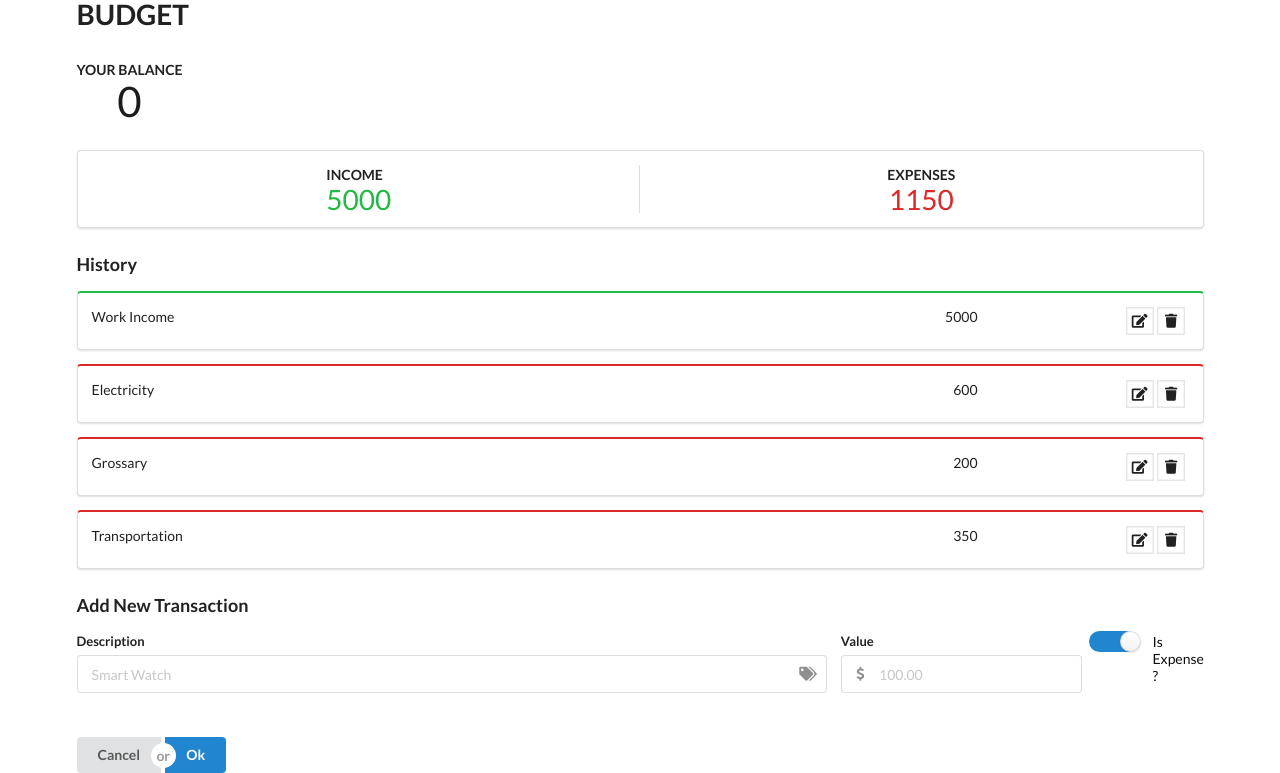
Repository: farrdy/budgets-react
Page: /
An editor plug-in stored every save of this project. The page is shown before and after the next save, followed by the edit.
The browser window is 1280 px wide. The pictures show the whole page.
The project was rebuilt for these pictures with package versions that can differ from the ones it lists, and the page was loaded fresh each time.

Above is the page before, as saved 2022-03-29 16:51:55.

### src/App.js
import { Container, Header } from "semantic-ui-react";
import MainHeader from "./components/MainHeader";
import NewEntryForm from "./components/NewEntryForm";
import DisplayBalance from "./components/DisplayBalance";
import DisplayBalances from "./components/DisplayBalances";
import { useEffect, useState } from "react";
import EntryLines from "./components/EntryLines";
import ModalEdit from "./components/ModalEdit";

function App() {
  const [entries, setEntries] = useState(initialEntries);
  const [Description, setDescription] = useState("");
  const [Value, setValue] = useState("");
  const [isExpense, setIsExpense] = useState(true);
  const [isOpen, setIsOpen] = useState(false);
  const [entryId, setEntryId] = useState();
  const [totalIncome, setTotalIncome] = useState(0);
  const [totalExpense, setTotalExpense] = useState(0);
  const [total, setTotal] = useState(0);

  useEffect(() => {
    if (!isOpen && entryId) {
      const index = entries.findIndex((entry) => entry.id === entryId);
      const newEntries = [...entries];
      newEntries[index].Description = Description;
      newEntries[index].Value = Value;
      newEntries[index].isExpense = isExpense;
      setEntries(newEntries);
      resetEntry();
    }
  }, [isOpen]);

  useEffect(() => {
    let totalExpenses = 0;
    let totalIncomes = 0;
    entries.map((entry) => {
      if (entry.isExpense) {
        totalExpenses += Number(entry.Value);

        return totalExpenses;
      } else {
        totalIncomes += Number(entry.Value);

        return totalIncomes;
      }
    });
    setTotalExpense(totalExpenses);
    setTotalIncome(totalIncomes);
    setTotal(totalIncome - totalExpense);
  }, [entries]);

  function deleteEntry(id) {
    const result = entries.filter((entry) => entry.id !== id);
    setEntries(result);
  }

  function addEntry() {
    const result = entries.concat({
      id: entries.length + 1,
      Description: Description,
      Value: Value,
      isExpense: isExpense,
    });

    console.log(`result`, result);
    console.log(`entries`, entries);
    setEntries(result);
  }

  function resetEntry() {
    setDescription("");
    setValue("");
    setIsExpense(true);
  }

  function editEntry(id) {
    console.log(`Edit entry with id ${id}`);
    if (id) {
      const index = entries.findIndex((entr) => entr.id === id);
      const entry = entries[index];
      setEntryId(id);
      setDescription(entry.Description);
      setValue(entry.Value);
      setIsExpense(entry.isExpense);
      setIsOpen(true);
      console.log(Description, Value);
    }
  }
  return (
    <Container>
      <MainHeader />
      <DisplayBalance
        title="Your Balance"
        Value={total}
        Color="black"
        size="small"
      />
      <DisplayBalances totalIncome={totalIncome} totalExpense={totalExpense} />
      <Header as="h3">History</Header>
      <EntryLines
        entries={entries}
        deleteEntry={deleteEntry}
        setIsOpen={setIsOpen}
        editEntry={editEntry}
      />
      <Header as="h3">Add New Transaction</Header>
      <NewEntryForm
        addEntry={addEntry}
        description={Description}
        value={Value}
        setDescription={setDescription}
        setValue={setValue}
        isExpense={isExpense}
        setIsExpense={setIsExpense}
      />
      <ModalEdit
        isOpen={isOpen}
        setIsOpen={setIsOpen}
        Description={Description}
        Value={Value}
        setDescription={Description}
        setValue={Value}
        isExpense={isExpense}
        setIsExpense={setIsExpense}
      />
    </Container>
  );
}

export default App;

var initialEntries = [
  {
    id: 1,
    Description: "Work Income",
    Value: 5000,
    isExpense: false,
  },
  {
    id: 2,
    Description: "Electricity",
    Value: 600,
    isExpense: true,
  },
  {
    id: 3,
    Description: "Grossary",
    Value: 200,
    isExpense: true,
  },
  {
    id: 4,
    Description: "Transportation",
    Value: 350,
    isExpense: true,
  },
];

### src/components/MainHeader.js
import React from 'react';
import { Header } from 'semantic-ui-react';

function MainHeader(props) {
    return <Header as='h1'>BUDGET</Header>
}

export default MainHeader;

### src/components/NewEntryForm.js
import React from "react";
import { Checkbox, Form, Segment } from "semantic-ui-react";
import ButtonSaveOrCancel from "./ButtonSaveOrCancel";
import EntryForm from "./EntryForm";

function NewEntryForm({
  addEntry,
  description,
  value,
  setDescription,
  setValue,
  isExpense,
  setIsExpense,
}) {
  return (
    <Form unstackable>
      <EntryForm
        description={description}
        value={value}
        setDescription={setDescription}
        setValue={setValue}
        isExpense={isExpense}
        setIsExpense={setIsExpense}
      />

      <ButtonSaveOrCancel addEntry={addEntry} />
    </Form>
  );
}

export default NewEntryForm;

### src/components/DisplayBalance.js
import React from 'react';
import { Statistic } from 'semantic-ui-react'

function DisplayBalance({ title, Value, Color = "black", size = 'tiny' }) {
    return (
        <Statistic size={size} color={Color}>
            <Statistic.Label style={{ textAlign: 'left' }}>
                {title}
            </Statistic.Label>
            <Statistic.Value>
                {Value}
            </Statistic.Value>

        </Statistic>
    );
}

export default DisplayBalance;

### src/components/DisplayBalances.js
import React from "react";
import { Grid, Segment } from "semantic-ui-react";
import DisplayBalance from "./DisplayBalance";

const DisplayBalances = ({ totalExpense, totalIncome }) => {
  return (
    <Segment textAlign="center">
      <Grid columns={2} divided>
        <Grid.Row>
          <Grid.Column>
            <DisplayBalance title="Income" Value={totalIncome} Color="green" />
          </Grid.Column>
          <Grid.Column>
            <DisplayBalance title="Expenses" Value={totalExpense} Color="red" />
          </Grid.Column>
        </Grid.Row>
      </Grid>
    </Segment>
  );
};

export default DisplayBalances;

### src/components/EntryLines.js
import React from "react";
import { Container } from "semantic-ui-react";
import EntryLine from "./EntryLine";

const EntryLines = ({ entries, deleteEntry, setIsOpen, editEntry }) => {
  return (
    <Container>
      {entries.map((entry) => (
        <EntryLine
          key={entry.id}
          {...entry}
          deleteEntry={deleteEntry}
          setIsOpen={setIsOpen}
          editEntry={editEntry}
        />
      ))}
    </Container>
  );
};

export default EntryLines;

### src/components/ModalEdit.js
import React from "react";
import { Button, Modal } from "semantic-ui-react";
import EntryForm from "./EntryForm";

function ModalEdit({
  isOpen,
  setIsOpen,
  editEntry,
  Description,
  Value,
  setDescription,
  setValue,
  isExpense,
  setIsExpense,
}) {
  return (
    <Modal open={isOpen}>
      <Modal.Header>Edit Entry</Modal.Header>
      <Modal.Content>
        <EntryForm
          description={Description}
          value={Value}
          setDescription={setDescription}
          setValue={setValue}
          isExpense={isExpense}
          setIsExpense={setIsExpense}
          // editEntry={editEntry}
        />
      </Modal.Content>
      <Modal.Actions>
        <Button onClick={() => setIsOpen(false)}>Close</Button>
        <Button onClick={() => setIsOpen(false)} positive>
          Ok
        </Button>
      </Modal.Actions>
    </Modal>
  );
}

export default ModalEdit;

### src/components/ButtonSaveOrCancel.js
import React from "react";
import { Button } from "semantic-ui-react";

function ButtonSaveOrCancel({ addEntry }) {
  return (
    <Button.Group style={{ marginTop: 30 }}>
      <Button>Cancel</Button>
      <Button.Or></Button.Or>
      <Button primary onClick={() => addEntry()}>
        Ok
      </Button>
    </Button.Group>
  );
}

export default ButtonSaveOrCancel;

### src/components/EntryForm.js
import React, { Fragment } from "react";
import { Checkbox, Form } from "semantic-ui-react";

export default function EntryForm({
  description,
  setDescription,
  setValue,
  isExpense,
  setIsExpense,
  value,
}) {
  return (
    <Fragment>
      <Form.Group>
        <Form.Input
          icon="tags"
          width={12}
          label="Description"
          placeholder="Smart Watch"
          value={description}
          onChange={(event) => setDescription(event.target.value)}
        />
        <Form.Input
          icon="dollar"
          width={4}
          label="Value"
          iconPosition="left"
          placeholder="100.00"
          value={value}
          onChange={(event) => setValue(event.target.value)}
        />

        <Checkbox
          toggle
          label="Is Expense ?"
          checked={isExpense}
          onChange={() => setIsExpense((oldState) => !oldState)}
        />
      </Form.Group>
    </Fragment>
  );
}

### src/components/EntryLine.js
import React, { Fragment } from 'react';
import {  Grid, Icon, Segment } from 'semantic-ui-react';


const EntryLine = ({id, Description, Value, isExpense=false, deleteEntry, setIsOpen, editEntry}) => {

    return (
      <Fragment>
      <Segment color={isExpense? 'red':'green'}>
        <Grid columns={3} textAlign='right'>
          <Grid.Row>
            <Grid.Column width={10} textAlign='left'>{Description}</Grid.Column>
            <Grid.Column width={3} textAlign='right'>{Value}</Grid.Column>
            <Grid.Column width={3}>
              <Icon name='edit' bordered  onClick={()=>editEntry(id)}/>
              <Icon name='trash' bordered onClick={()=>deleteEntry(id)} />
            </Grid.Column>
          </Grid.Row>
        </Grid>
      </Segment>

      </Fragment>

    );
};

export default EntryLine;

Loaded but not shown: public/index.html (common file); src/index.js (common file); src/index.css (common file); src/reportWebVitals.js (common file)

After the next save:
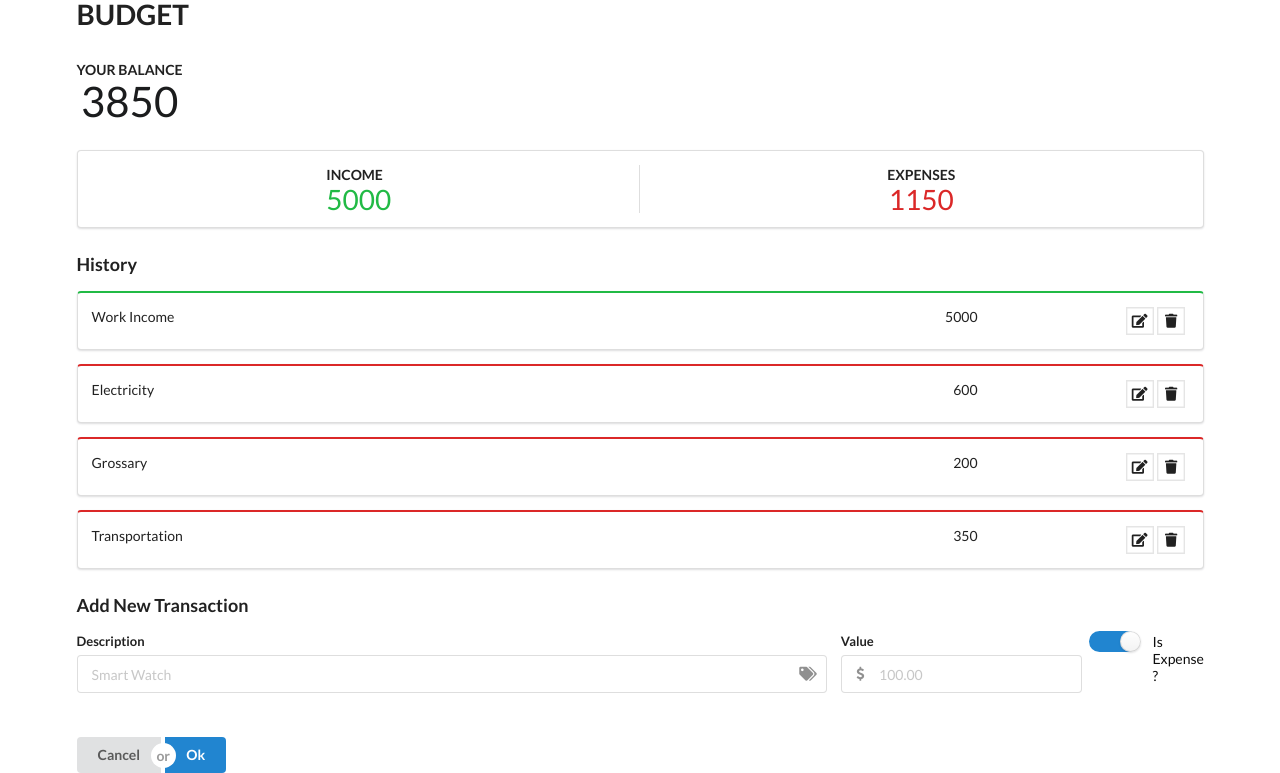
Saved 81 s later.
--- a/src/App.js
+++ b/src/App.js
@@ -46,7 +46,7 @@ function App() {
     });
     setTotalExpense(totalExpenses);
     setTotalIncome(totalIncomes);
-    setTotal(totalIncome - totalExpense);
+    setTotal(totalIncomes - totalExpenses);
   }, [entries]);
 
   function deleteEntry(id) {
